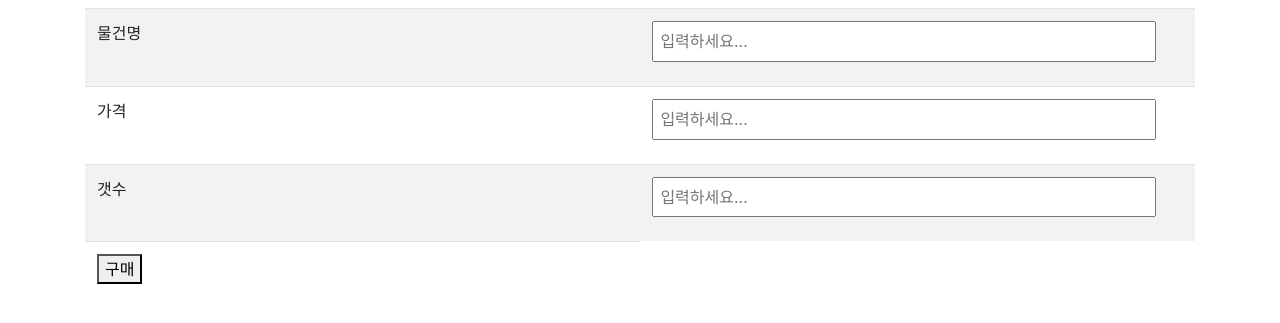
Repository: chanjungkim/vue_hrd
Page: vueexp/WebContent/a04_event/a02_buyProduct.html
These files come from the project's save history. The page is drawn as it stood at one moment and after the next save; the edit follows.
The browser window is 1280 px wide. The pictures show the whole page.

Above is the page before, as saved 2019-09-21 02:16:29.

### vueexp/WebContent/a04_event/a02_buyProduct.html
<!DOCTYPE html>
<html>
<head>
<meta charset="UTF-8">
<title>Insert title here</title>
<link rel="stylesheet" href="../a00_com/bootstrap.min.css">
<link rel="stylesheet" href="../a00_com/jquery-ui.css">
<style type="text/css">
.input-group-text {
	width: 100%;
}

.input-group-prepend {
	width: 30%;
}

input[type="text"], label {
	margin-bottom: 12px;
	padding: .4em;
	width: 95%;
}
</style>
<script src="../a00_com/jquery.min.js"></script>
<script src="../a00_com/popper.min.js"></script>
<script src="../a00_com/bootstrap.min.js"></script>
<script type="text/javascript" src="../a00_com/jquery-3.4.1.js"></script>
<script src="../a00_com/vue.min.js" type="text/javascript"></script>
<script src="../a00_com/jquery-ui.js"></script>
<script type="text/javascript">
	$(document).ready(function() {
		$("h1").html("");

	});
</script>
</head>
<body>
	<div class="container">
		<h1></h1>
		<table class="table table-hover table-striped">
			<col width="50%">
			<tr>
				<td>물건명</td>
				<td><input type="text" placeholder="입력하세요..."/></td>
			</tr>
			<tr>
				<td>가격</td>
				<td><input type="text" placeholder="입력하세요..."/></td>
			</tr>
			<tr>
				<td>갯수</td>
				<td><input type="text" placeholder="입력하세요..."/></td>
			</tr>
			<tr>
				<td><button>구매</button></td>
			</tr>

		</table>
	</div>
</body>
</html>

Loaded but not shown: vueexp/WebContent/a00_com/bootstrap.min.css (library); vueexp/WebContent/a00_com/jquery-ui.css (library); vueexp/WebContent/a00_com/jquery.min.js (library); vueexp/WebContent/a00_com/popper.min.js (library); vueexp/WebContent/a00_com/bootstrap.min.js (library); vueexp/WebContent/a00_com/jquery-3.4.1.js (library); vueexp/WebContent/a00_com/vue.min.js (library); vueexp/WebContent/a00_com/jquery-ui.js (library)

After the next save:
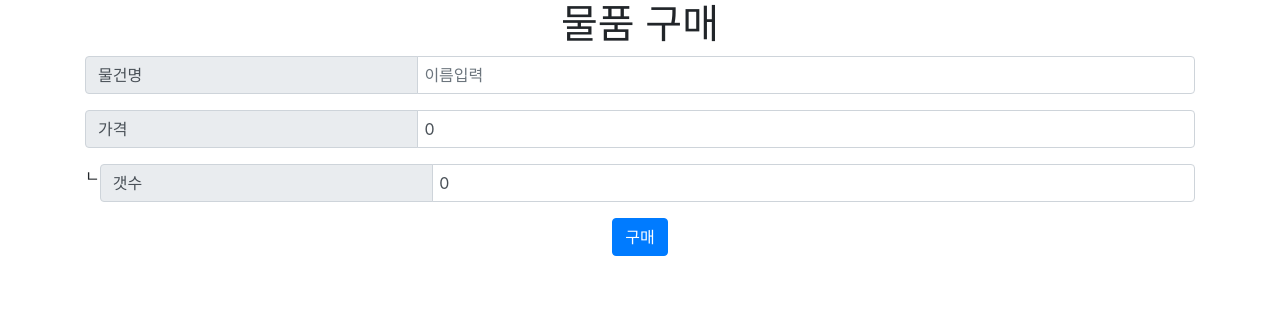
Saved 30 s later.
--- a/vueexp/WebContent/a04_event/a02_buyProduct.html
+++ b/vueexp/WebContent/a04_event/a02_buyProduct.html
@@ -6,55 +6,91 @@
 <link rel="stylesheet" href="../a00_com/bootstrap.min.css">
 <link rel="stylesheet" href="../a00_com/jquery-ui.css">
 <style type="text/css">
-.input-group-text {
-	width: 100%;
-}
-
-.input-group-prepend {
-	width: 30%;
-}
-
-input[type="text"], label {
-	margin-bottom: 12px;
-	padding: .4em;
-	width: 95%;
-}
+    .input-group-text{width:100%;}
+    .input-group-prepend{width:30%;}
+    .show{width:100%;}
+    input[type="text"], label {
+        margin-bottom: 12px; padding: .4em;
+        width: 95%;
+    }
 </style>
 <script src="../a00_com/jquery.min.js"></script>
 <script src="../a00_com/popper.min.js"></script>
 <script src="../a00_com/bootstrap.min.js"></script>
-<script type="text/javascript" src="../a00_com/jquery-3.4.1.js"></script>
-<script src="../a00_com/vue.min.js" type="text/javascript"></script>
+<script type="text/javascript"
+	src="../a00_com/jquery-3.4.1.js"></script>
+<script  src="../a00_com/vue.min.js" type="text/javascript"></script>
 <script src="../a00_com/jquery-ui.js"></script>
 <script type="text/javascript">
-	$(document).ready(function() {
-		$("h1").html("");
+	$(document).ready(function(){
+		$("h1").html("물품 구매").attr("align","center");
+		var vm = new Vue({
+			el:".container",
+			data:{name:"",
+				  price:0,
+				  cnt:0,
+				  tot:0,
+				  show:""},
+			methods:{
+				buy:function(){
+					// 총계 계산처리..
+					this.tot=this.price*this.cnt;
+					// show 속성을 통해서 화면에 출력내용 정리..
+					this.show=this.name+"를   "+this.price+"원에 "
+						+this.cnt+"개 구매하여 총비용이 "+this.tot+"원 ";
 
+				}
+			}
+		});
 	});
 </script>
+<!--
+ex) 아래와 같이 화면을 구성하고 vue를 통하여 이벤트를 처리하세요.
+
+물건명[     ]
+가격  [     ]
+갯수  [     ]
+    [구매] ==> 구매 클릭시 아래와 같이 수행 처리.
+@@@를   @@@원에 @@@개 구매하여
+총비용이 @@@ 원
+
+ -->
 </head>
 <body>
-	<div class="container">
-		<h1></h1>
-		<table class="table table-hover table-striped">
-			<col width="50%">
-			<tr>
-				<td>물건명</td>
-				<td><input type="text" placeholder="입력하세요..."/></td>
-			</tr>
-			<tr>
-				<td>가격</td>
-				<td><input type="text" placeholder="입력하세요..."/></td>
-			</tr>
-			<tr>
-				<td>갯수</td>
-				<td><input type="text" placeholder="입력하세요..."/></td>
-			</tr>
-			<tr>
-				<td><button>구매</button></td>
-			</tr>
+<div class="container">
+    <h1></h1>
+	<div class="input-group mb-3">
+		<div class="input-group-prepend">
+			<span class="input-group-text">물건명</span>
+		</div>
+		<input type="text"  v-model="name" class="form-control" name="name" placeholder="이름입력"/>
+	</div>
+	<div class="input-group mb-3">
+		<div class="input-group-prepend">
+			<span class="input-group-text">가격</span>
+		</div>
+		<input type="text" v-model="price" class="form-control" name="price" placeholder="가격입력"/>
+	</div>
+	<div class="input-group mb-3">
+		ㄴ<div class="input-group-prepend">
+			<span class="input-group-text">갯수</span>
+		</div>
+		<input type="text"  v-model="cnt" class="form-control" name="cnt" placeholder="갯수"/>
+	</div>
+	<div style="text-align:center;">
+		<input  type="button" id="btn01"
+			@click="buy"
+		 class="btn btn-primary" value="구매" />
+	</div>
+	<br>
+	<div class="input-group mb-3">
+		<!--  v-show="show!=''" : 모델 show가 있을 때만, 출력 처리.. -->
+		<div class="input-group-prepend show">
+			<span class="input-group-text"
+				v-show="show!=''">{{show}}</span>
+		</div>
+	</div>
+</div>
+</body>
 
-		</table>
-	</div>
-</body>
 </html>
